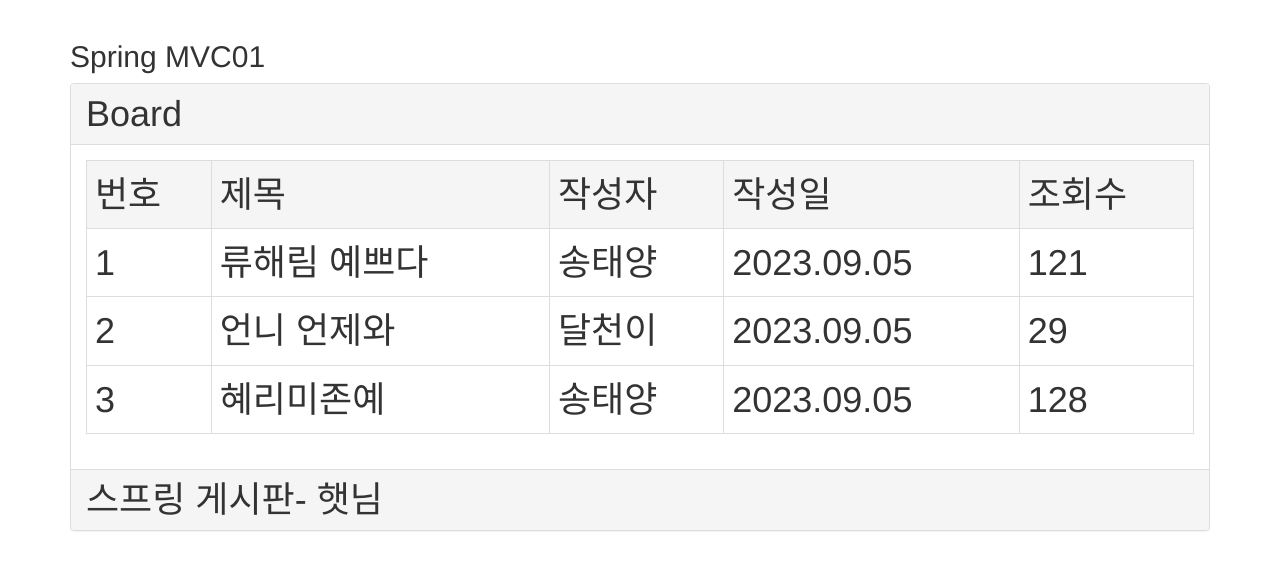
Repository: Hyerim-Ryu/Spring-
Page: http://localhost/SpringMVC01/boardList.do
An editor plug-in stored every save of this project. The page is shown before and after the next save, followed by the edit.
The browser window is 1280 px wide. The pictures show the whole page.
The page is served by Tomcat 9. Other server files are loaded and not shown.

Above is the page before, as saved 2023-09-05 02:14:41.

### workspace.edu/SpringMVC01/src/main/webapp/WEB-INF/views/boardList.jsp
<%@ page language="java" contentType="text/html; charset=UTF-8"
    pageEncoding="UTF-8"%>
<%@ taglib prefix="c" uri="http://java.sun.com/jsp/jstl/core" %>
<!DOCTYPE html>
<html>
<head>
<meta charset="UTF-8">
<title>Insert title here</title>
<link rel="stylesheet" href="https://maxcdn.bootstrapcdn.com/bootstrap/3.4.1/css/bootstrap.min.css">
<script src="https://ajax.googleapis.com/ajax/libs/jquery/3.6.4/jquery.min.js"></script>
<script src="https://maxcdn.bootstrapcdn.com/bootstrap/3.4.1/js/bootstrap.min.js"></script>
</head>
<body>
	<h1>
		<div class="container">
		  <h2>Spring MVC01</h2>
			  <div class="panel panel-default">
			    <div class="panel-heading">Board</div>
			    <div class="panel-body">
			    	<table class="table table-bordered table-hover">
			    		<tr class="active">
			    			<td>번호</td>
			    			<td>제목</td>
			    			<td>작성자</td>
			    			<td>작성일</td>
			    			<td>조회수</td>
			    		</tr>

			    		<tr>
			    			<td>1</td>
			    			<td>류해림 예쁘다</td>
			    			<td>송태양</td>
			    			<td>2023.09.05</td>
			    			<td>121</td>
			    		</tr>

			    		<tr>
			    			<td>2</td>
			    			<td>언니 언제와</td>
			    			<td>달천이</td>
			    			<td>2023.09.05</td>
			    			<td>29</td>
			    		</tr>

			    		<tr>
			    			<td>3</td>
			    			<td>혜리미존예</td>
			    			<td>송태양</td>
			    			<td>2023.09.05</td>
			    			<td>128</td>
			    		</tr>
			    	</table>
			    </div>

			    <div class="panel-footer">스프링 게시판- 햇님</div>
		  </div>
		</div>
	</h1>
</body>
</html>

After the next save:
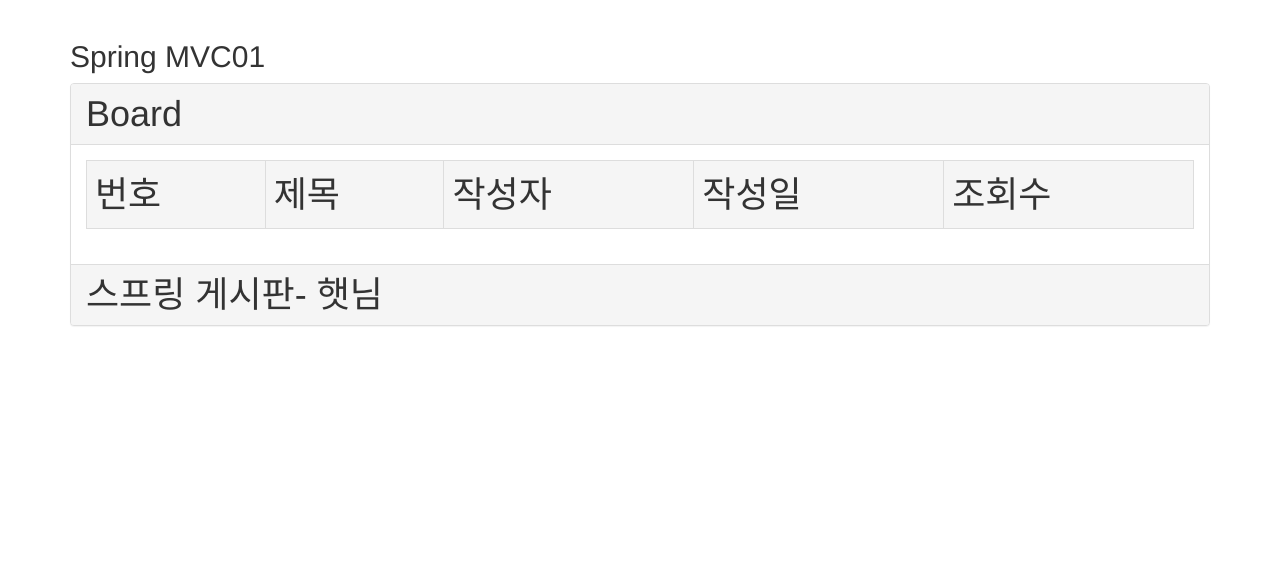
Saved 51 s later.
--- a/workspace.edu/SpringMVC01/src/main/webapp/WEB-INF/views/boardList.jsp
+++ b/workspace.edu/SpringMVC01/src/main/webapp/WEB-INF/views/boardList.jsp
@@ -25,30 +25,6 @@
 			    			<td>작성일</td>
 			    			<td>조회수</td>
 			    		</tr>
-
-			    		<tr>
-			    			<td>1</td>
-			    			<td>류해림 예쁘다</td>
-			    			<td>송태양</td>
-			    			<td>2023.09.05</td>
-			    			<td>121</td>
-			    		</tr>
-
-			    		<tr>
-			    			<td>2</td>
-			    			<td>언니 언제와</td>
-			    			<td>달천이</td>
-			    			<td>2023.09.05</td>
-			    			<td>29</td>
-			    		</tr>
-
-			    		<tr>
-			    			<td>3</td>
-			    			<td>혜리미존예</td>
-			    			<td>송태양</td>
-			    			<td>2023.09.05</td>
-			    			<td>128</td>
-			    		</tr>
 			    	</table>
 			    </div>
 
